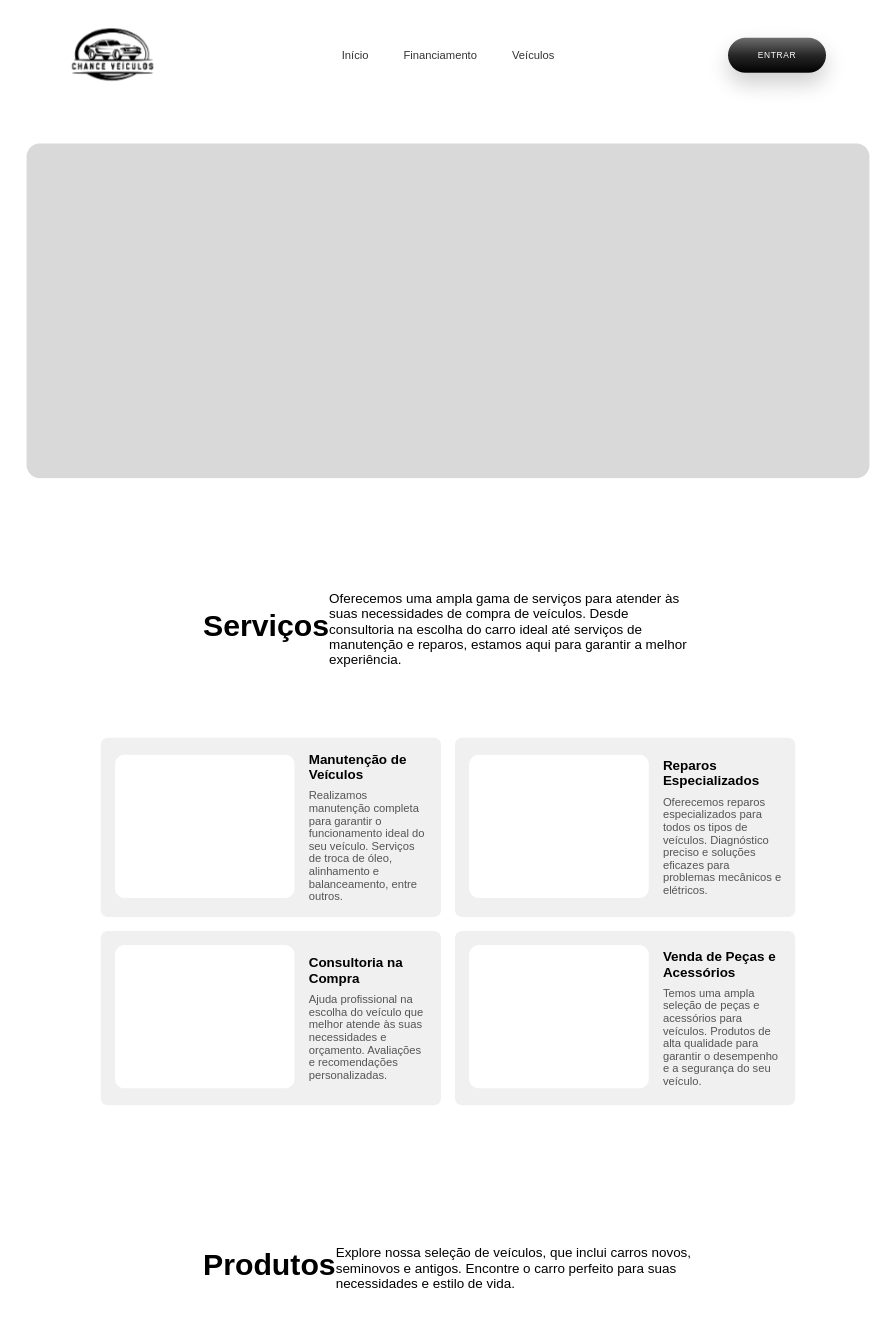
Repository: Matheus904-12/Reforma
Page: index.html
The author's editor kept a copy of each file at every save. The page is drawn from the files as they stood at one save, then again after the next save.
The browser window is 1280 px wide. The pictures show the part of the page from y = 0 to 1920 px (the page is 4132 px tall), at 70% of full size.
Some web libraries are served in a nearby version.

Above is the page before, as saved 2024-08-12 19:18:55.
Console error: TypeError: Cannot read properties of undefined (reading 'click')

After the next save:
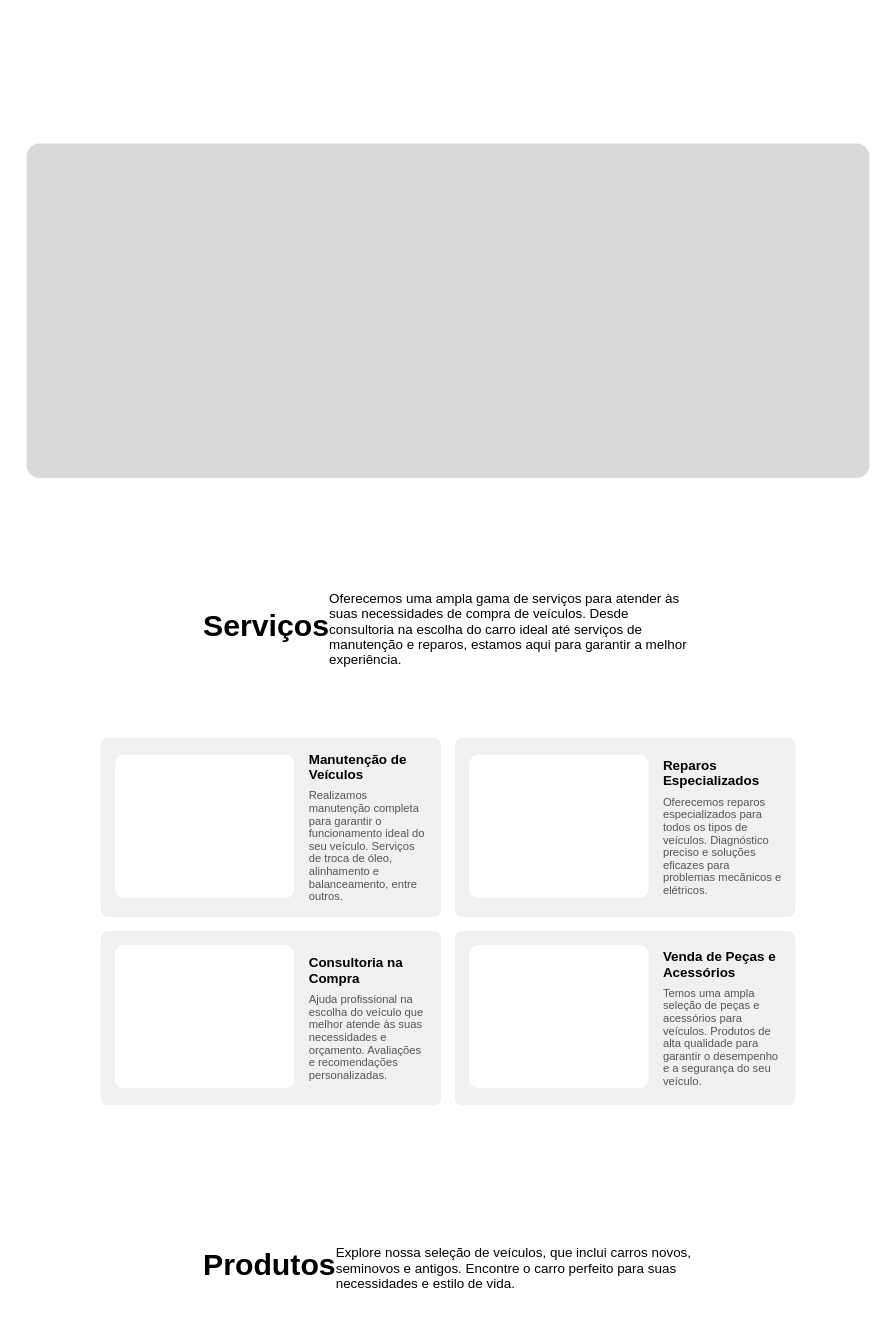
Saved 46 s later.
--- a/JS/script.js
+++ b/JS/script.js
@@ -165,3 +165,64 @@ if (!validPaths.includes(currentPath) && currentPath !== './ERROR/404.html') {
     window.location.href = './ERROR/404.html';
 }
 });
+
+document.addEventListener("DOMContentLoaded", () => {
+    const loadingScreen = document.getElementById("loading-screen");
+    loadingScreen.classList.add("loaded");
+
+    gsap.from(".navbar, .logo, .nav-links a, .btn, .testimonial, .form-container, .footer, .links, .social, .form, .login-container", {
+        duration: 1.2,
+        opacity: 0,
+        y: 50,
+        stagger: 0.1,
+        ease: "power2.out"
+    });
+
+    const loginBtn = document.getElementById('login-btn');
+    const registerBtn = document.getElementById('register-btn');
+    const loginForm = document.getElementById('login-form');
+    const registerForm = document.getElementById('register-form');
+    const formTitle = document.querySelector('.form-title');
+
+    function toggleForms(showLogin) {
+        if (showLogin) {
+            loginForm.classList.add('visible');
+            loginForm.classList.remove('hidden');
+            registerForm.classList.add('hidden');
+            registerForm.classList.remove('visible');
+            loginBtn.classList.add('active');
+            registerBtn.classList.remove('active');
+            formTitle.textContent = 'Login';
+        } else {
+            registerForm.classList.add('visible');
+            registerForm.classList.remove('hidden');
+            loginForm.classList.add('hidden');
+            loginForm.classList.remove('visible');
+            loginBtn.classList.remove('active');
+            registerBtn.classList.add('active');
+            formTitle.textContent = 'Cadastro';
+        }
+    }
+
+    loginBtn.addEventListener('click', () => {
+        toggleForms(true);
+    });
+
+    registerBtn.addEventListener('click', () => {
+        toggleForms(false);
+    });
+
+    let tl = gsap.timeline({ repeat: -1, defaults: { duration: 1, ease: "power2.inOut" } });
+    tl.to(".testimonial", { opacity: 1, y: 0, stagger: 0.3, delay: 3 })
+      .to(".testimonial", { opacity: 0, y: 50, stagger: 0.3, delay: 3 })
+      .to(".testimonial", { opacity: 1, y: 0, stagger: 0.3, delay: 3 });
+});
+
+window.addEventListener("scroll", () => {
+    const navbar = document.querySelector(".navbar");
+    if (window.scrollY > 50) {
+        navbar.classList.add("scrolled");
+    } else {
+        navbar.classList.remove("scrolled");
+    }
+});

After the save that followed:
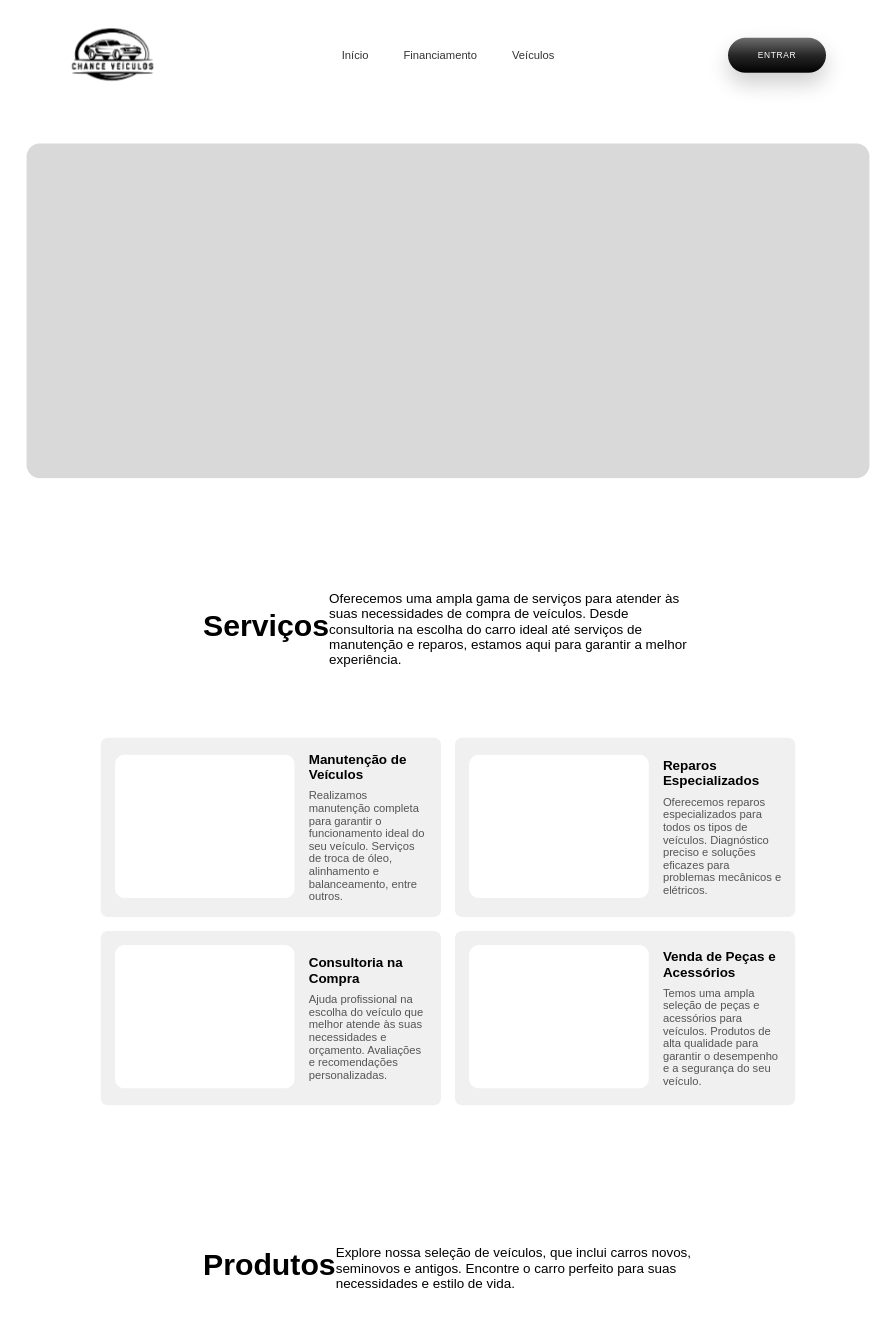
Saved 19 s later.
--- a/JS/script.js
+++ b/JS/script.js
@@ -165,64 +165,3 @@ if (!validPaths.includes(currentPath) && currentPath !== './ERROR/404.html') {
     window.location.href = './ERROR/404.html';
 }
 });
-
-document.addEventListener("DOMContentLoaded", () => {
-    const loadingScreen = document.getElementById("loading-screen");
-    loadingScreen.classList.add("loaded");
-
-    gsap.from(".navbar, .logo, .nav-links a, .btn, .testimonial, .form-container, .footer, .links, .social, .form, .login-container", {
-        duration: 1.2,
-        opacity: 0,
-        y: 50,
-        stagger: 0.1,
-        ease: "power2.out"
-    });
-
-    const loginBtn = document.getElementById('login-btn');
-    const registerBtn = document.getElementById('register-btn');
-    const loginForm = document.getElementById('login-form');
-    const registerForm = document.getElementById('register-form');
-    const formTitle = document.querySelector('.form-title');
-
-    function toggleForms(showLogin) {
-        if (showLogin) {
-            loginForm.classList.add('visible');
-            loginForm.classList.remove('hidden');
-            registerForm.classList.add('hidden');
-            registerForm.classList.remove('visible');
-            loginBtn.classList.add('active');
-            registerBtn.classList.remove('active');
-            formTitle.textContent = 'Login';
-        } else {
-            registerForm.classList.add('visible');
-            registerForm.classList.remove('hidden');
-            loginForm.classList.add('hidden');
-            loginForm.classList.remove('visible');
-            loginBtn.classList.remove('active');
-            registerBtn.classList.add('active');
-            formTitle.textContent = 'Cadastro';
-        }
-    }
-
-    loginBtn.addEventListener('click', () => {
-        toggleForms(true);
-    });
-
-    registerBtn.addEventListener('click', () => {
-        toggleForms(false);
-    });
-
-    let tl = gsap.timeline({ repeat: -1, defaults: { duration: 1, ease: "power2.inOut" } });
-    tl.to(".testimonial", { opacity: 1, y: 0, stagger: 0.3, delay: 3 })
-      .to(".testimonial", { opacity: 0, y: 50, stagger: 0.3, delay: 3 })
-      .to(".testimonial", { opacity: 1, y: 0, stagger: 0.3, delay: 3 });
-});
-
-window.addEventListener("scroll", () => {
-    const navbar = document.querySelector(".navbar");
-    if (window.scrollY > 50) {
-        navbar.classList.add("scrolled");
-    } else {
-        navbar.classList.remove("scrolled");
-    }
-});
